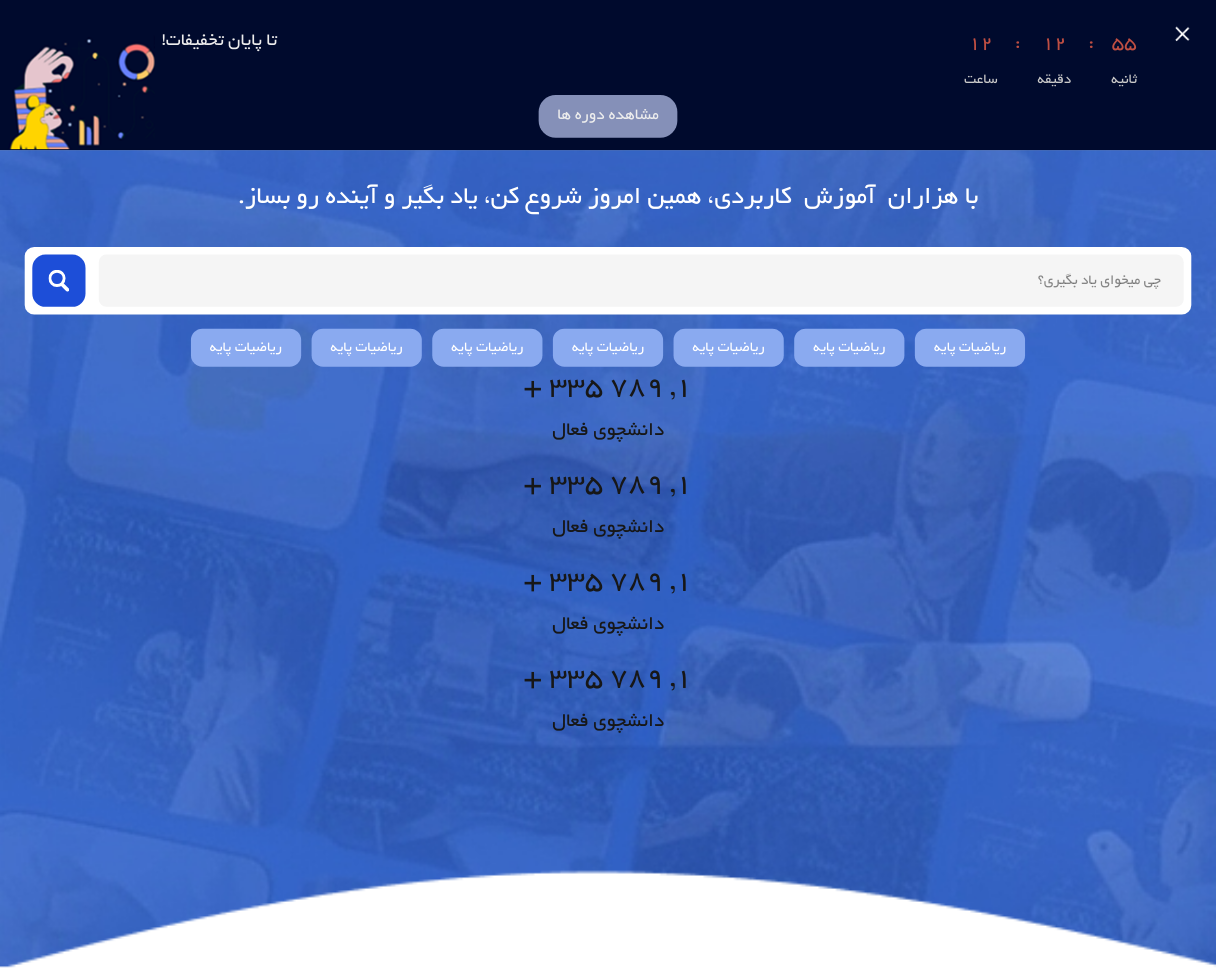
Repository: sinafath/fradars
Page: /
These files come from the project's save history. The page is drawn as it stood at one moment and after the next save; the edit follows.
The browser window is 1280 px wide. The pictures show the whole page, at 95% of full size.
The project was rebuilt for these pictures with package versions that can differ from the ones it lists, and the page was loaded fresh each time. The framework's server and built-in components were replaced by stand-ins that run in the browser. Also part of the build but not shown: next.config.ts.

Above is the page before, as saved 2025-09-21 20:12:18.

After the next save:
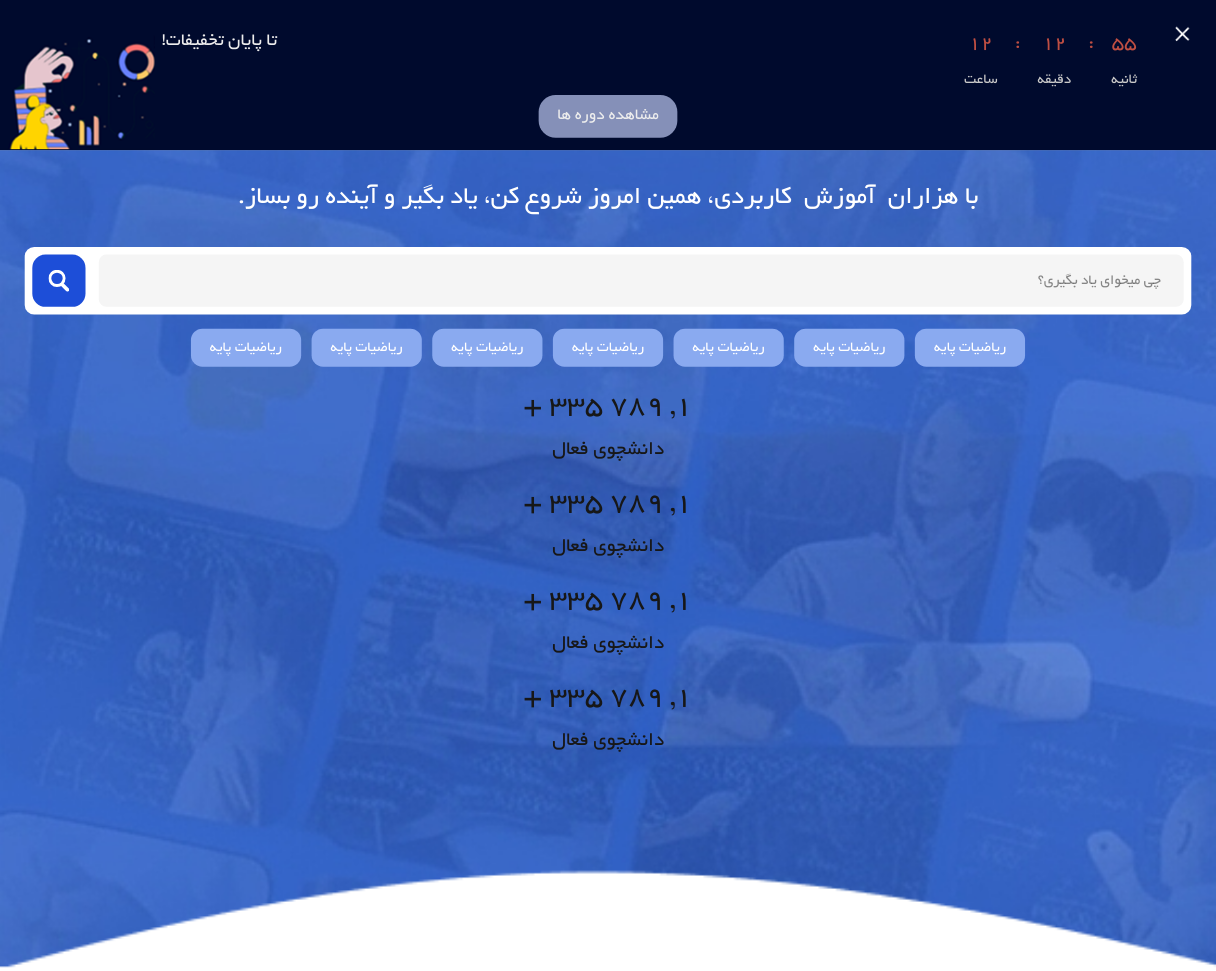
Saved 44 s later.
--- a/src/app/page.tsx
+++ b/src/app/page.tsx
@@ -68,7 +68,7 @@
           height={377}
         />
       </Column>
-      <Column className="gap-[17px] text-center ">
+      <Column className="gap-[17px] text-center mt-[20px] ">
         <Column className="gap-[4px]">
           <div className="text-[32px]"> 1, 789 335 +</div>
           <div className="text-[22px]">دانشچوی فعال</div>
